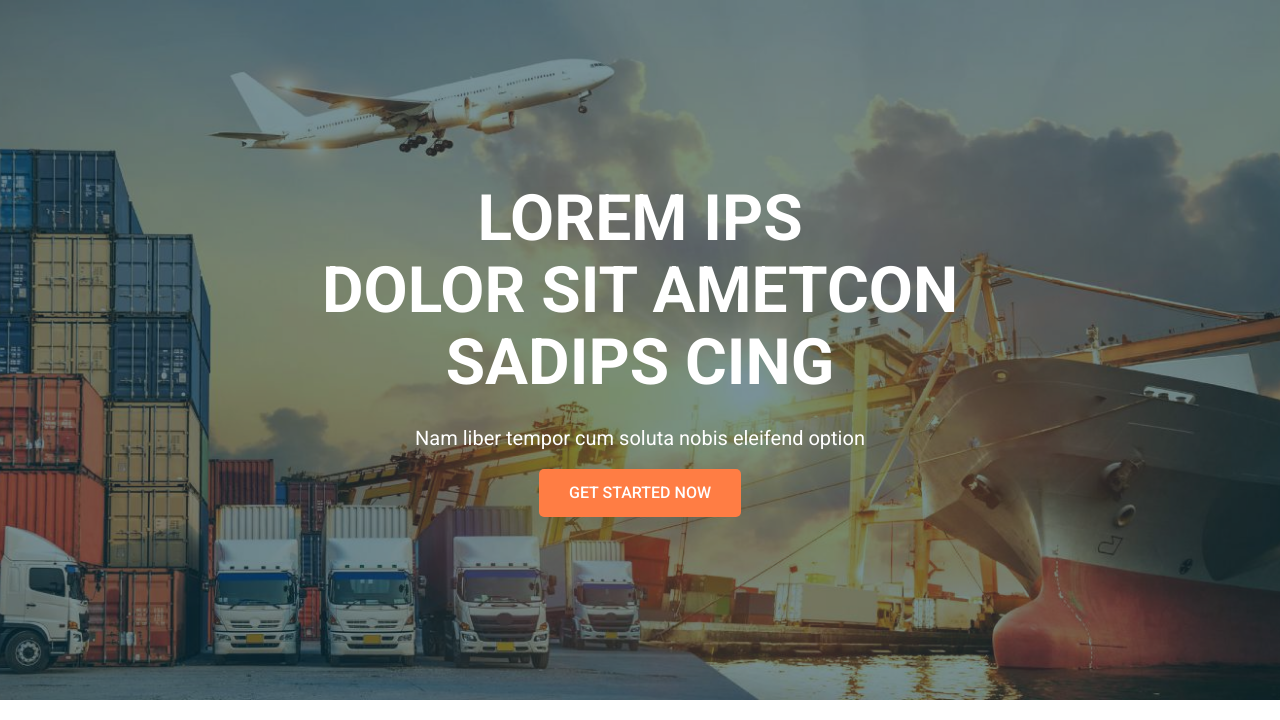
Repository: nazmulalok/shipping-template
Page: index.html
The author's editor kept a copy of each file at every save. The page is drawn from the files as they stood at one save, then again after the next save.
The browser window is 1280 px wide. The pictures show the whole page.

Above is the page before, as saved 2022-10-03 01:40:35.

### index.html
<!DOCTYPE html>
<html lang="en">

    <head>
        <meta charset="UTF-8">
        <meta http-equiv="X-UA-Compatible" content="IE=edge">
        <meta name="viewport" content="width=device-width, initial-scale=1.0">
        <link rel="preconnect" href="https://fonts.googleapis.com">
        <link rel="preconnect" href="https://fonts.gstatic.com" crossorigin>
        <link
            href="https://fonts.googleapis.com/css2?family=Roboto:ital,wght@0,300;0,400;0,500;0,700;0,900;1,300;1,400;1,500;1,700;1,900&display=swap"
            rel="stylesheet">
        <link href="https://cdn.jsdelivr.net/npm/bootstrap@5.2.1/dist/css/bootstrap.min.css" rel="stylesheet"
            integrity="sha384-iYQeCzEYFbKjA/T2uDLTpkwGzCiq6soy8tYaI1GyVh/UjpbCx/TYkiZhlZB6+fzT" crossorigin="anonymous">
        <link rel="stylesheet" href="style.css">
        <title>Document</title>
    </head>

    <body>
        <!-- Slider -->
        <section>
            <div class="main-slider">
                <div class="container">
                    <div class="slide-content">
                        <div class="slide-text">
                            <div class="slider-title mb-4">Lorem ips<br>
                                dolor sit ametcon<br>
                                sadips cing</div>
                            <p>Nam liber tempor cum soluta nobis eleifend option</p>
                            <div class="sliderBtn"><a class="common-btn" href="#">Get Started Now</a></div>
                        </div>
                    </div>
                </div>
            </div>
        </section>














        <script src="https://cdn.jsdelivr.net/npm/@popperjs/core@2.11.6/dist/umd/popper.min.js"
            integrity="sha384-oBqDVmMz9ATKxIep9tiCxS/Z9fNfEXiDAYTujMAeBAsjFuCZSmKbSSUnQlmh/jp3"
            crossorigin="anonymous"></script>
        <script src="https://cdn.jsdelivr.net/npm/bootstrap@5.2.1/dist/js/bootstrap.min.js"
            integrity="sha384-7VPbUDkoPSGFnVtYi0QogXtr74QeVeeIs99Qfg5YCF+TidwNdjvaKZX19NZ/e6oz"
            crossorigin="anonymous"></script>
    </body>

</html>

### style.css
* {
    margin: 0;
    padding: 0;
}

:root {
    --main-color: #FF7D44;
    --secondary-color: #0B3742;
    --tertiary-color: #FFFFFF;
}

body {
    font-family: 'Roboto', sans-serif;
}

/* slider style starts */

.main-slider>* {
    z-index: 10;
}

.main-slider {
    background: url(images/shipping-banner.jpg);
    height: 700px;
    width: 100%;
    background-size: cover;
    background-repeat: no-repeat;
    background-position: center;
    position: relative;
    display: flex;
    align-items: center;
    transition: all 1s;
}

.main-slider:before {
    content: '';
    width: 100%;
    height: 100%;
    top: 0;
    left: 0;
    position: absolute;
    background-color: rgb(11 55 66 / 55%);
    z-index: 1;
}

.slide-content {
    text-align: center;
}

.slide-text {
    color: var(--tertiary-color);
}

.slider-title {
    font-size: 4rem;
    font-weight: 600;
    line-height: 4.5rem;
    text-transform: uppercase;
}

.slide-text p {
    font-size: 20px;
}

a.common-btn {
    display: inline-block;
    text-decoration: none;
    color: var(--tertiary-color);
    background: var(--main-color);
    padding: 12px 30px;
    border-radius: 5px;
    font-size: 16px;
    font-weight: 500;
    text-transform: uppercase;
}

After the next save:
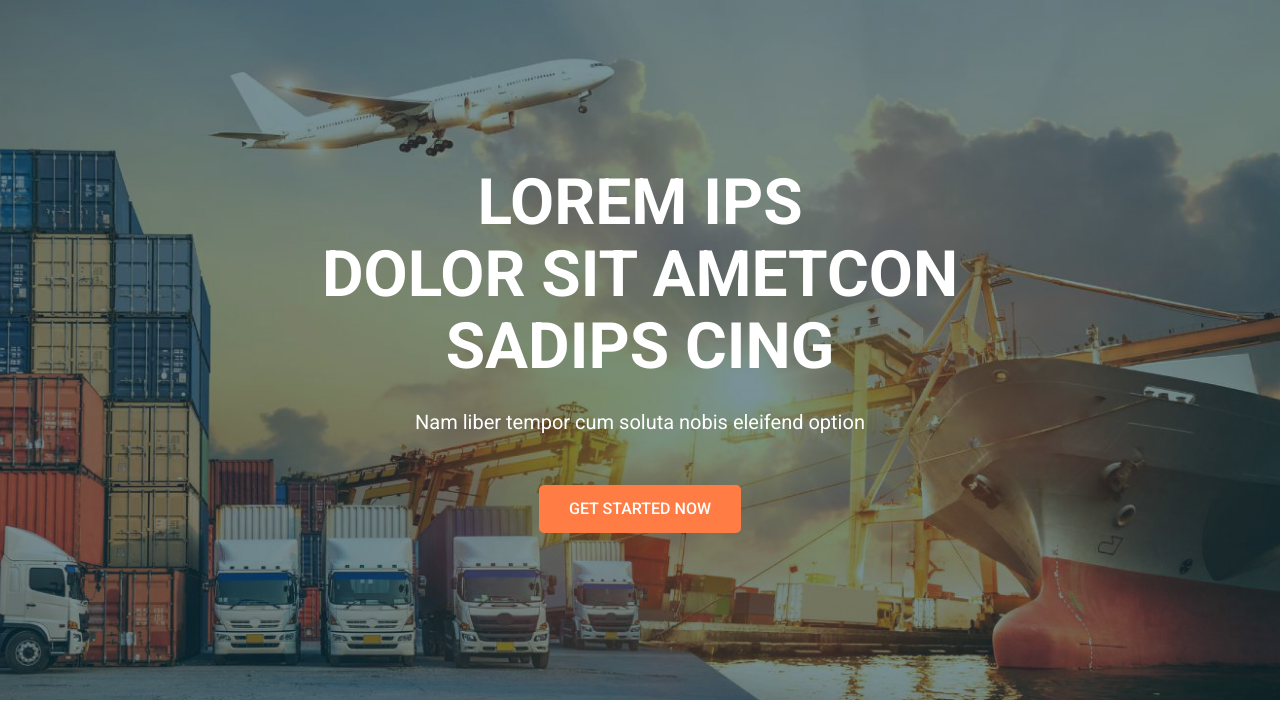
Saved 31 s later.
--- a/index.html
+++ b/index.html
@@ -27,7 +27,7 @@
                                 dolor sit ametcon<br>
                                 sadips cing</div>
                             <p>Nam liber tempor cum soluta nobis eleifend option</p>
-                            <div class="sliderBtn"><a class="common-btn" href="#">Get Started Now</a></div>
+                            <div class="sliderBtn mt-5"><a class="common-btn" href="#">Get Started Now</a></div>
                         </div>
                     </div>
                 </div>
